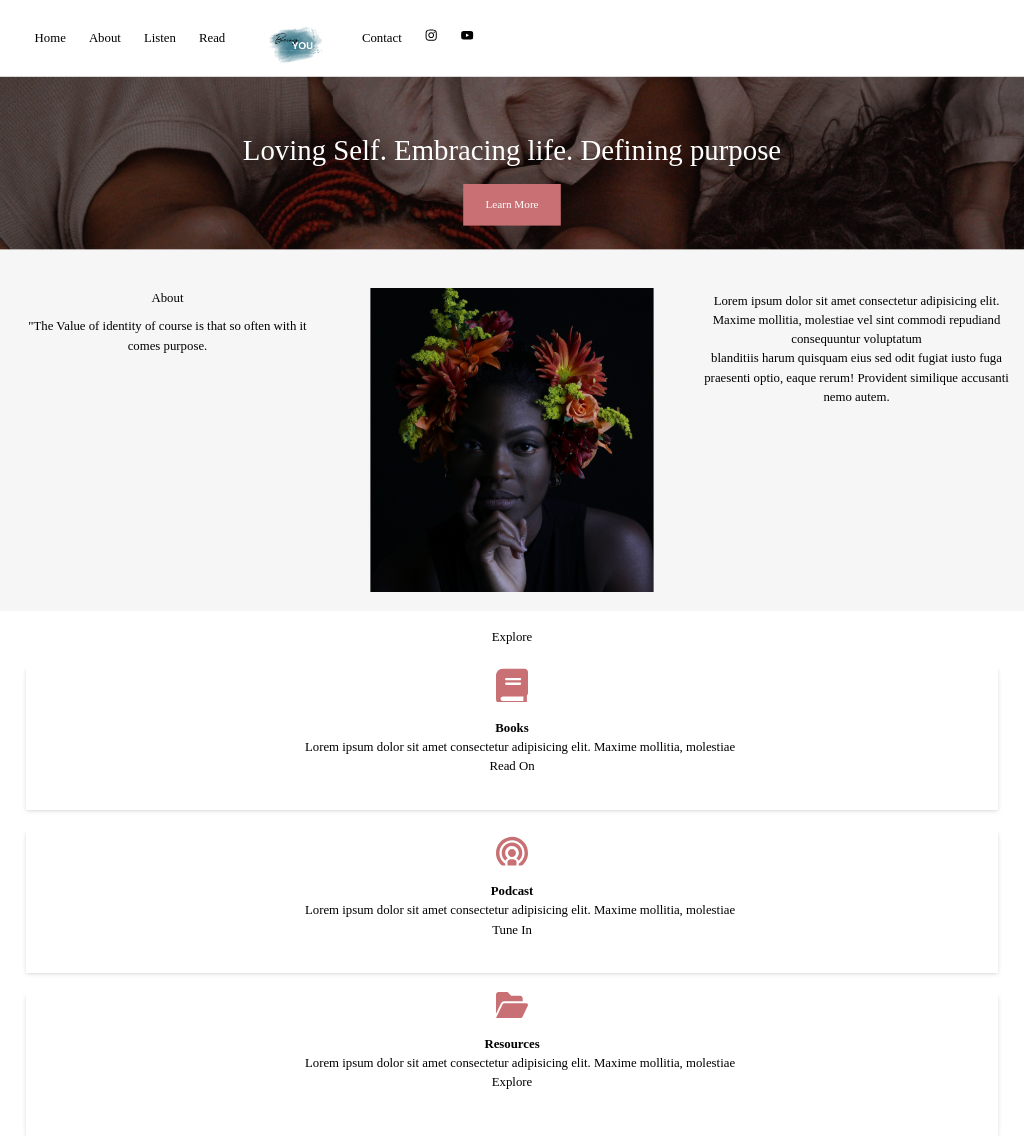
Repository: BrightonMboya/being-you
Page: /
An editor plug-in stored every save of this project. The page is shown before and after the next save, followed by the edit.
The browser window is 1280 px wide. The pictures show the whole page, at 80% of full size.
The project was rebuilt for these pictures with package versions that can differ from the ones it lists, and the page was loaded fresh each time.

Above is the page before, as saved 2022-05-28 16:59:50.

After the next save:
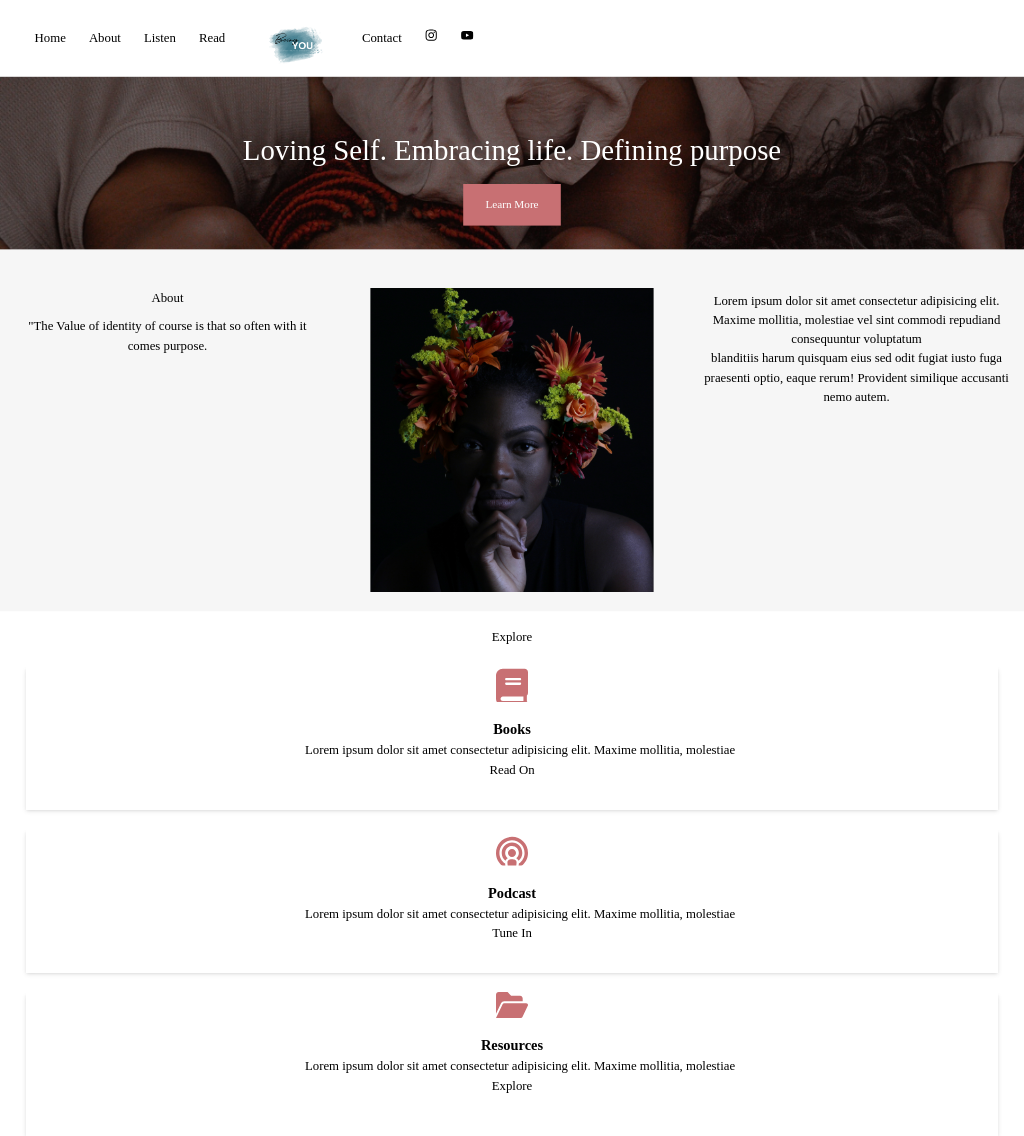
Saved 7 s later.
--- a/src/Components/Podcast/ExploreCard.jsx
+++ b/src/Components/Podcast/ExploreCard.jsx
@@ -5,7 +5,7 @@ const ExploreCard = (props) => {
     <div className="mt-6">
       <div className="flex flex-col items-center shadow-md h-[25vh]">
         <img src={props.image} alt="" />
-        <h3 className="mt-5 font-semibold">{props.title}</h3>
+        <h3 className="mt-5 font-semibold text-lg">{props.title}</h3>
         <p className="ml-5">{props.description}</p>
 
         <button>{props.action}</button>
